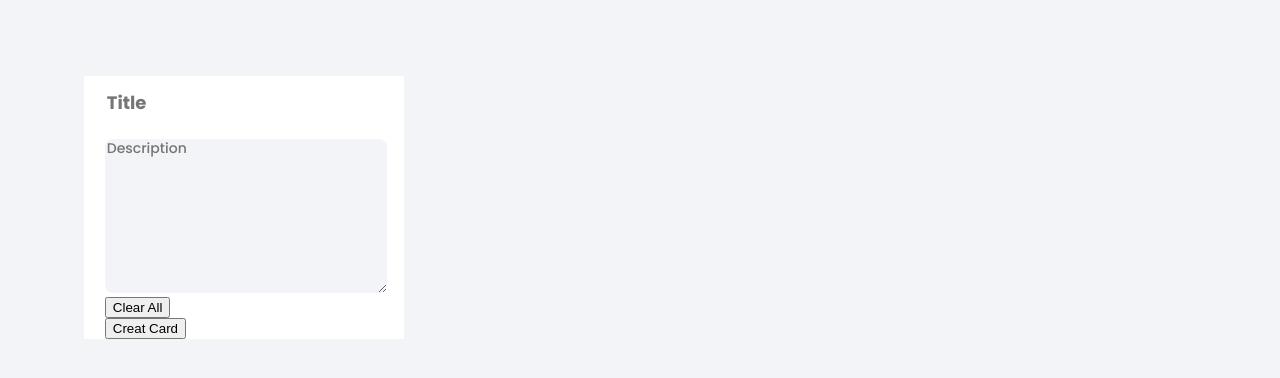
Repository: ReyhanehRahmani/TO-DO
Page: index.html
An editor plug-in stored every save of this project. The page is shown before and after the next save, followed by the edit.
The browser window is 1280 px wide. The pictures show the whole page.
Some web fonts or font styles are not loaded; a fallback is used.

Above is the page before, as saved 2025-06-08 12:22:11.

### index.html
<!DOCTYPE html>

<html lang="en">

    <head>

        <meta name="viewport" content="width=device-width, initial-scale=1.0" />

        <title>TO-DO</title>

        <link rel="icon" type="image/jpg" href="favicon.png">

        <link rel="stylesheet" href="style.css">

        <link rel="preconnect" href="https://fonts.googleapis.com">

        <link rel="preconnect" href="https://fonts.gstatic.com" crossorigin>

        <link href="https://fonts.googleapis.com/css2?family=Poppins:ital,wght@0,100;0,200;0,300;0,400;0,500;0,600;0,700;0,800;0,900;1,100;1,200;1,300;1,400;1,500;1,600;1,700;1,800;1,900&family=Sofia+Sans:ital,wght@0,1..1000;1,1..1000&display=swap" rel="stylesheet">

    </head>
    <body>
        <div id="side">
        <div id="main-card">
            <div id="content">
                <div >
                <div id="title">
                    <input type="text" id="titlebox" minlength="3" maxlength="30" placeholder="Title">
                </div>
                <div id="description">
                    <textarea type="text" id="descriptionbox" maxlength="200" placeholder="Description"></textarea>
                </div>
                </div>

                <div id="buttons">
                    <div id="clear"><button id="clearbut">Clear All</button></div>
                    <div id="creat"><button id="creatbut">Creat Card</button></div>
                </div>
            </div>
        </div>
        <div id="cardsContainer"></div>
        </div>
        <script src="script.js"></script>
    </body>

### style.css
@media screen and (max-width: 1279px){

body{
    background-color: #F2F4F7;
}



#main-card{
    margin-left: 6%;
    margin-right: 6%;
    margin-top: 6%;
    background-color: #FFFFFF;
}

#content{
    margin-right: 6.557377049%;
    margin-left: 6.557377049%;
    margin-top: 6.557377049%;
    margin-bottom: 6.557377049%;
}

#titlebox{
    font-family: 'Poppins';
    font-weight: 700;
    font-size: 18px;
    line-height: 150%;
    letter-spacing: -2%;
    border: none;
    width: 100%;
    height: 51px;
}

#descriptionbox{
    border: none;
    width: 100%;
    font-family: 'Poppins';
    font-weight: 500;
    font-size: 14px;
    line-height: 100%;
    letter-spacing: -3%;
    height: 150px;
    border-radius: 8px;
    background: #F2F4F7;

    margin-top: 10px;

}

#content{
    display: flex;
    flex-direction: column;
    justify-content: space-between;
    gap: 516px;
}

#buttons{
    display: flex;
    justify-content: space-between;
    gap: 12px;
    margin-bottom: 25px;
}

#clear{
    text-align: center;
    justify-content: center;
}

#clearbut{
    height: 44px;
    border-radius: 8px;
    border-width: 1.4px;
    border-color: #FF1616;
    background-color: #FFFFFF;
    font-family: 'Poppins';
    font-weight: 700;
    font-size: 15px;
    line-height: 100%;
    letter-spacing: -3%;
    color: #FF1616;
    white-space: nowrap;
    width: 97px;

}

#creat{
    text-align: center;
    justify-content: center;
}

#creatbut{
    height: 44px;
    border-radius: 8px;
    background: #000000;
    font-family: 'Poppins';
    font-weight: 600;
    font-size: 15px;
    line-height: 100%;
    letter-spacing: -3%;
    color: #FFFFFF;
    width: 190px;

}

.cardsContainer{
    justify-content: center;
}


.card {
    width: 76.923076923%;
    height: 238px;
    border-radius: 8px;
    background: #FCFCFD;
    box-shadow: 0px 0.5px 2px 0px #1018284D;
    justify-self: center;
    position: relative;
    margin-bottom: 24px;
}


.cardTitle{
    font-family: 'Poppins';
    font-weight: 700;
    font-size: 18px;
    line-height: 150%;
    letter-spacing: -2%;
    margin-left: 6.25%;
    padding-top: 4.1%;


}

.cardDate{
    font-family: 'Poppins';
    font-weight: 600;
    font-size: 13px;
    line-height: 150%;
    letter-spacing: -2%;
    margin-left: 6.25%;
    color: #98A2B3;
    margin-top: 6px;

}

.cardDesc{
    font-family: 'Poppins';
    font-weight: 500;
    font-size: 13px;
    line-height: 150%;
    letter-spacing: -2%;
    color: #98A2B3;
    margin-left: 6.25%;
    margin-top: 16px;
}

#todoTitle{
    font-family: 'Poppins';
    font-weight: 800;
    font-size: 32px;
    line-height: 100%;
    letter-spacing: -0.75%;
    color: #000000;
    margin-left: 12%;
    margin-bottom: 20px;
    margin-top: 80px;

}}

@media screen and (min-width: 1280px){

body{
    background-color: #F2F4F7;
}

#content{
    margin-right: 6.557377049%;
    margin-left: 6.557377049%;
    margin-top: 6.557377049%;
    margin-bottom: 6.557377049%;
}

#titlebox{
    font-family: 'Poppins';
    font-weight: 700;
    font-size: 18px;
    line-height: 150%;
    letter-spacing: -2%;
    border: none;
    width: 100%;
    height: 51px;
}

#descriptionbox{
    border: none;
    width: 100%;
    font-family: 'Poppins';
    font-weight: 500;
    font-size: 14px;
    line-height: 100%;
    letter-spacing: -3%;
    height: 150px;
    border-radius: 8px;
    background: #F2F4F7;

    margin-top: 10px;

}

#main-card{
    margin-left: 6%;
    margin-right: 6%;
    margin-top: 6%;
    background-color: #FFFFFF;
    width: 25.31120332%;

}

}

### script.js
document.getElementById("creatbut").onclick = function () {

    const title = document.getElementById("titlebox").value.trim();
    const desc = document.getElementById("descriptionbox").value.trim();

    const card = document.createElement("div");
    card.classList.add("card");

    const cardItems =document.createElement("div");
    card.classList.add("cardItem");

    card.appendChild(cardItems);

    const titleElem = document.createElement("div");
    titleElem.classList.add("cardTitle");
    titleElem.textContent = title;

    const dateElem = document.createElement("div");
    dateElem.classList.add("cardDate");

    const now = new Date();
    const day = now.getDate();
    const monthNames = ["January", "February", "March", "April", "May", "June","July", "August", "September", "October", "November", "December"];

    const month = monthNames[now.getMonth()];

    const formattedDate = day + " " + month;

    dateElem.textContent = formattedDate + " • " + " Assigned to Taha ";

    const descElem = document.createElement("div");
    descElem.classList.add("cardDesc");
    descElem.textContent = desc;

    cardItems.appendChild(titleElem);
    cardItems.appendChild(dateElem);
    cardItems.appendChild(descElem);

    document.getElementById("cardsContainer").appendChild(card);

    const container = document.getElementById("cardsContainer");

    if (!document.getElementById("todoTitle")) {
    const todo = document.createElement("div");
    todo.id = "todoTitle";
    todo.textContent = "TO DO";
    todo.classList.add("todoHeader");

    container.insertBefore(todo, container.firstChild);}



    document.getElementById("clearbut").addEventListener("click", function () {
    document.getElementById("titlebox").value = "";
    document.getElementById("descriptionbox").value = "";});


};

After the next save:
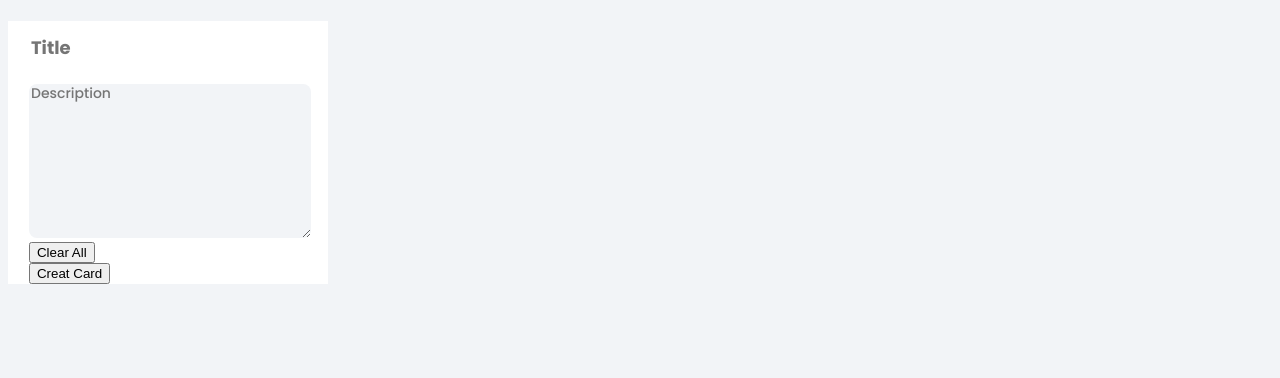
Saved 11 s later.
--- a/style.css
+++ b/style.css
@@ -208,9 +208,7 @@ body{
 }
 
 #main-card{
-    margin-left: 6%;
-    margin-right: 6%;
-    margin-top: 6%;
+
     background-color: #FFFFFF;
     width: 25.31120332%;
 
